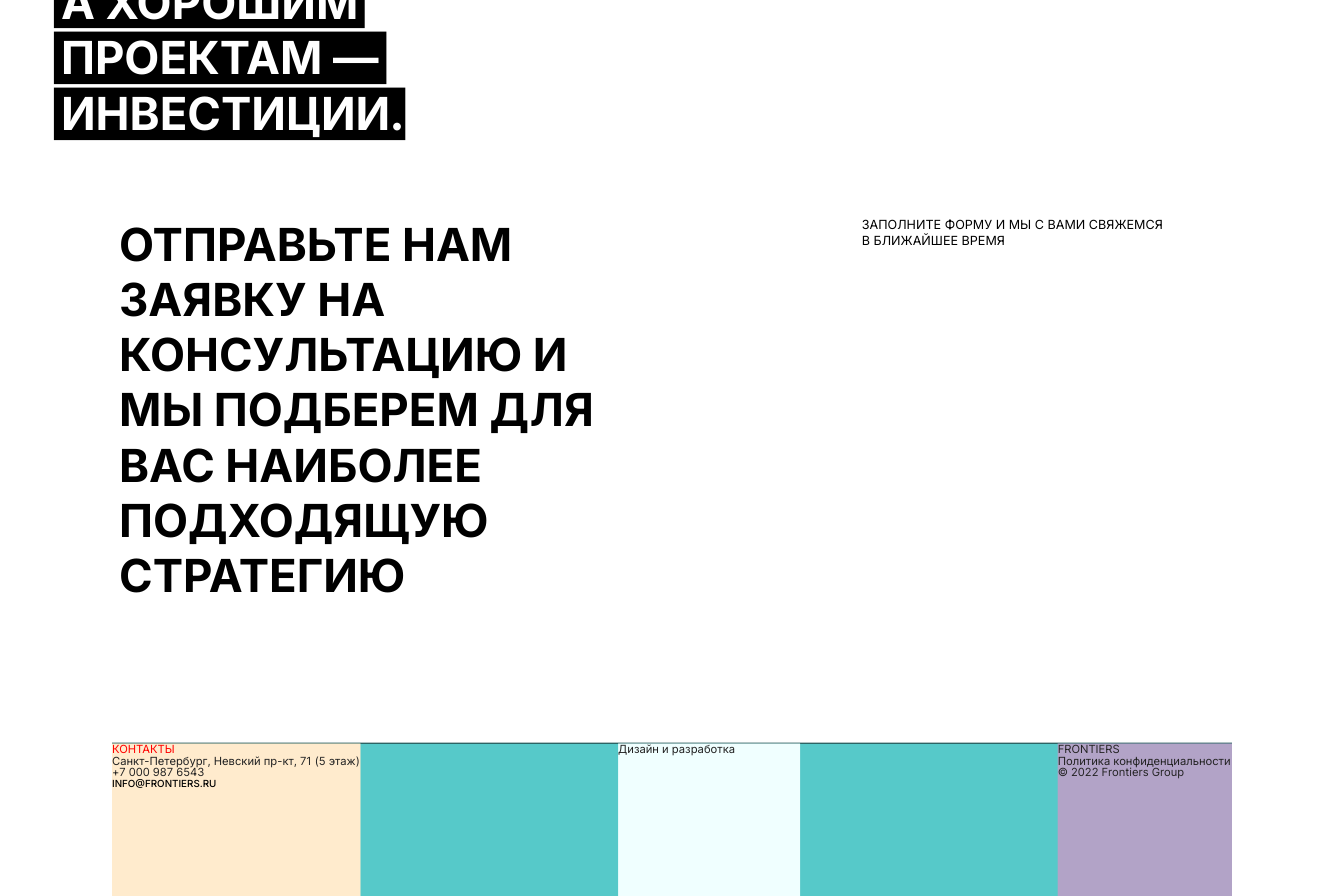
Repository: NadyaKorvin/frontiers
Page: /
The author's editor kept a copy of each file at every save. The page is drawn from the files as they stood at one save, then again after the next save.
The browser window is 1280 px wide. The page is 1920 px wide, so the pictures cover 1920 px, including what lies to the right of the window. The pictures show the part of the page from y = 1353 to 2633 px (the page is 2633 px tall), at 70% of full size.
The project was rebuilt for these pictures with package versions that can differ from the ones it lists, and the page was loaded fresh each time.

Above is the page before, as saved 2022-05-23 14:48:29.

### public/index.html
<!DOCTYPE html>
<html lang="en">
  <head>
    <meta charset="utf-8" />
    <link rel="icon" href="%PUBLIC_URL%/favicon.ico" />
    <meta name="viewport" content="width=device-width, initial-scale=1" />
    <meta name="theme-color" content="#000000" />
    <meta name="description" content="Web site created using create-react-app" />
    <link rel="apple-touch-icon" href="%PUBLIC_URL%/logo192.png" />
    <link rel="manifest" href="%PUBLIC_URL%/manifest.json" />
    <link rel="preconnect" href="https://fonts.googleapis.com" />
    <link rel="preconnect" href="https://fonts.gstatic.com" crossorigin />
    <link href="https://fonts.googleapis.com/css2?family=Inter:wght@300;400;500;700&display=swap" rel="stylesheet" />
    <title>FRONTIERS</title>
  </head>
  <body>
    <noscript>You need to enable JavaScript to run this app.</noscript>
    <div id="root"></div>
  </body>
</html>

### src/index.js
import React from "react"
import ReactDOM from "react-dom/client"

import App from "./App"

const root = ReactDOM.createRoot(document.getElementById("root"))
root.render(
  <React.StrictMode>
    <App />
  </React.StrictMode>
)

### src/App.js
import { useState } from "react";
import "./App.css";
import { SecondScreenAnimation } from "./components/secondScreen/SecondScreenAnimation";
import FirstScreenAnimation from "./components/firstScreen/FirstScreenAnimation";
import LastScreenAnimation from "./components/lastScreen/LastScreenAnimation"

function App() {
  const [mousePosition, setMousePosition] = useState("");

  const listenUpperMousePosition = (event) => {
    console.log(event);
    console.log(event.target);
    setMousePosition(event.target);
  };

  return (
    <>
      <FirstScreenAnimation />
      <div className="App">
        <SecondScreenAnimation listenMousePosition={listenUpperMousePosition} />
      </div>
      <LastScreenAnimation />
    </>
  );
}
export default App;

### src/App.css
@import url("./reset.css");
@import url("./components/secondScreen/SecondScreen.css");
@import url("./font/font.css");

body {
  font-family: "Inter";
}

### src/components/secondScreen/SecondScreenAnimation.js
export function SecondScreenAnimation({ listenMousePosition, mousePosition }) {
  let goUp = ""
  const goUpBlackLines = (mousePosition) => {
    if (mousePosition === "animation__text_first_part") {
      goUp = "up"
      return goUp
    }
  }
  goUpBlackLines(mousePosition)
  console.log(goUp)
  return (
    <div className="animation__text_block">
      {goUp != "up" ? (
        <div>
          <div className="animation__text" onMouseOver={listenMousePosition}>
            <p className="animation__text_first_part">Инвесторам сложно найти хорошие проекты,</p>
            <p className="animation__text_second_part">а хорошим проектам — инвестиции.</p>
          </div>
          <div className="animation__black_lines">
            <div className="animation__1th_black_line"></div>
            <div className="animation__2th_black_line"></div>
            <div className="animation__3th_black_line"></div>
          </div>
        </div>
      ) : (
        <div>
          <div className="animation__text" onMouseOver={listenMousePosition}>
            <p className="animation__text_first_part" style={{ color: "#fff" }}>
              Инвесторам сложно найти хорошие проекты,
            </p>
            <p className="animation__text_second_part" style={{ color: "#000" }}>
              а хорошим проектам — инвестиции.
            </p>
          </div>
          <div className="animation__black_lines">
            <div className="animation__1th_black_line" style={{ width: "484px", marginTop: "-475px" }}></div>
            <div className="animation__2th_black_line" style={{ width: "586px" }}></div>
            <div className="animation__3th_black_line" style={{ width: "722px" }}></div>
          </div>
        </div>
      )}
    </div>
  )
}

### src/components/firstScreen/FirstScreenAnimation.js
import React from "react";
import style from "./FirstScreen.module.css";
import image from "../../images/image.webp"

export default function FirstScreenAnimation() {
  const pointer = (
    <svg
      width="8"
      height="101"
      viewBox="0 0 8 101"
      fill="none"
      xmlns="http://www.w3.org/2000/svg"
    >
      <path
        d="M4.35355 100.356C4.15829 100.551 3.84171 100.551 3.64645 100.356L0.464466 97.1735C0.269204 96.9783 0.269204 96.6617 0.464466 96.4664C0.659728 96.2712 0.976311 96.2712 1.17157 96.4664L4 99.2948L6.82843 96.4664C7.02369 96.2712 7.34027 96.2712 7.53553 96.4664C7.7308 96.6617 7.7308 96.9783 7.53553 97.1735L4.35355 100.356ZM3.5 100.002L3.5 0.00195312H4.5L4.5 100.002H3.5Z"
        fill="black"
      />
    </svg>
  );

  return (
    <>
      <section className={style.first__screen}>
        <div className={style.header}>
          <div className={style.logotype}>FRONTIERS</div>
          <nav className={style.nav__sidebar}>
            <ul>Агенство</ul>
            <ul>Кейсы</ul>
            <ul>Услуги</ul>
            <ul>Контакты</ul>
          </nav>
          <div className={style.button}>
            <p className={style.text__btn}>Получить консультацию</p>
          </div>
        </div>
        <div className={style.content}>
          <p>ИНВЕСТИЦИИ</p>
          <p>НЕ</p>
          <p>СЛОЖНО</p>
          <p>
            Мы помогли заработать более 50 млн рублей частным инвесторам в 2021
            году на вложениях в российский бизнес
          </p>
          <p>ПРОКРУТИ ВНИЗ</p>
          <div className={style.content__pointer}>{pointer}</div>
          <img src={image} alt="" />
        </div>
      </section>
    </>
  );
}

### src/components/lastScreen/LastScreenAnimation.js
import React from "react";
import style from "./LastScreen.module.css";

export default function LastScreenAnimation() {
  return (
    <>
      <section className={style.last__screen}>
        <div className={style.wrapper}>
          <div className={style.left__content}>
            <p>
              ОТПРАВЬТЕ НАМ ЗАЯВКУ НА КОНСУЛЬТАЦИЮ И МЫ ПОДБЕРЕМ ДЛЯ ВАС
              НАИБОЛЕЕ ПОДХОДЯЩУЮ СТРАТЕГИЮ
            </p>
          </div>
          <div className={style.right__content}>
            <div className={style.text__form}>
              <p>ЗАПОЛНИТЕ ФОРМУ И МЫ С ВАМИ СВЯЖЕМСЯ В БЛИЖАЙШЕЕ ВРЕМЯ</p>
            </div>
            <form></form>
          </div>
        </div>
        <div className={style.footer}>
          <div className={style.contact}>
            <p>КОНТАКТЫ</p>
            <p>Санкт-Петербург, Невский пр-кт, 71 (5 этаж)</p>
            <p>+7 000 987 6543</p>
            <p>info@frontiers.ru</p>
          </div>
          <div className={style.design}>
            <p>Дизайн и разработка</p>
            <svg></svg>
          </div>
          <div className={style.frontiers}>
            <p>FRONTIERS</p>
            <p>Политика конфиденциальности</p>
            <p>© 2022 Frontiers Group</p>
          </div>
        </div>
      </section>
    </>
  );
}

### src/reset.css
html,
body,
div,
span,
applet,
object,
iframe,
h1,
h2,
h3,
h4,
h5,
h6,
p,
blockquote,
pre,
a,
abbr,
acronym,
address,
big,
cite,
code,
del,
dfn,
em,
img,
ins,
kbd,
q,
s,
samp,
small,
strike,
strong,
sub,
sup,
tt,
var,
b,
u,
i,
center,
dl,
dt,
dd,
ol,
ul,
li,
fieldset,
form,
label,
legend,
table,
caption,
tbody,
tfoot,
thead,
tr,
th,
td,
article,
aside,
canvas,
details,
embed,
figure,
figcaption,
footer,
header,
hgroup,
menu,
nav,
output,
ruby,
section,
summary,
time,
mark,
audio,
video {
  margin: 0;
  padding: 0;
  border: 0;
  font-size: 100%;
  font: inherit;
  vertical-align: baseline;
}

:focus {
  outline: 0;
}

article,
aside,
details,
figcaption,
figure,
footer,
header,
hgroup,
menu,
nav,
section {
  display: block;
}

body {
  line-height: 1;
}

ol,
ul {
  list-style: none;
}

blockquote,
q {
  quotes: none;
}

blockquote:before,
blockquote:after,
q:before,
q:after {
  content: "";
  content: none;
}

table {
  border-collapse: collapse;
  border-spacing: 0;
}

input[type="search"]::-webkit-search-cancel-button,
input[type="search"]::-webkit-search-decoration,
input[type="search"]::-webkit-search-results-button,
input[type="search"]::-webkit-search-results-decoration {
  -webkit-appearance: none;
  -moz-appearance: none;
}

input[type="search"] {
  -webkit-appearance: none;
  -moz-appearance: none;
  -webkit-box-sizing: content-box;
  -moz-box-sizing: content-box;
  box-sizing: content-box;
}

textarea {
  overflow: auto;
  vertical-align: top;
  resize: vertical;
}

[hidden] {
  display: none;
}

html {
  font-size: 100%; /* 1 */
  -webkit-text-size-adjust: 100%; /* 2 */
  -ms-text-size-adjust: 100%; /* 2 */
}

a:focus {
  outline: thin dotted;
}

a:active,
a:hover {
  outline: 0;
}

img {
  border: 0;
  -ms-interpolation-mode: bicubic;
}

figure {
  margin: 0;
}

form {
  margin: 0;
}

fieldset {
  border: 1px solid #c0c0c0;
  margin: 0 2px;
  padding: 0.35em 0.625em 0.75em;
}

legend {
  border: 0; /* 1 */
  padding: 0;
  white-space: normal; /* 2 */
  *margin-left: -7px; /* 3 */
}

button,
input,
select,
textarea {
  font-size: 100%; /* 1 */
  margin: 0; /* 2 */
  vertical-align: baseline; /* 3 */
  *vertical-align: middle; /* 3 */
}

button,
input {
  line-height: normal;
}

button,
select {
  text-transform: none;
}

button,
html input[type="button"], /* 1 */
input[type="reset"],
input[type="submit"] {
  -webkit-appearance: button; /* 2 */
  cursor: pointer; /* 3 */
  *overflow: visible; /* 4 */
}

button[disabled],
html input[disabled] {
  cursor: default;
}

input[type="checkbox"],
input[type="radio"] {
  box-sizing: border-box; /* 1 */
  padding: 0; /* 2 */
  *height: 13px; /* 3 */
  *width: 13px; /* 3 */
}

input[type="search"] {
  -webkit-appearance: textfield; /* 1 */
  -moz-box-sizing: content-box;
  -webkit-box-sizing: content-box; /* 2 */
  box-sizing: content-box;
}

input[type="search"]::-webkit-search-cancel-button,
input[type="search"]::-webkit-search-decoration {
  -webkit-appearance: none;
}

button::-moz-focus-inner,
input::-moz-focus-inner {
  border: 0;
  padding: 0;
}

textarea {
  overflow: auto; /* 1 */
  vertical-align: top; /* 2 */
}

table {
  border-collapse: collapse;
  border-spacing: 0;
}

html,
button,
input,
select,
textarea {
  color: #222;
}

::-moz-selection {
  background: #b3d4fc;
  text-shadow: none;
}

::selection {
  background: #b3d4fc;
  text-shadow: none;
}

img {
  vertical-align: middle;
}

fieldset {
  border: 0;
  margin: 0;
  padding: 0;
}

textarea {
  resize: vertical;
}

.chromeframe {
  margin: 0.2em 0;
  background: #ccc;
  color: #000;
  padding: 0.2em 0;
}

### src/components/secondScreen/SecondScreen.css
.second__screen_main {
  display: flex;
  justify-content: space-between;
  margin: 0 auto;
  margin-top: 174px;
  /* придкмать решение сделать по центру*/
  display: flex;
  width: 1600px;
  height: 733px;
}

.animation__text_block {
  display: block;
  margin-left: 87px;
}

.animation__text_first_part,
.animation__text_second_part {
  width: 770px;
  text-transform: uppercase;
  font-size: 65px;
  font-weight: 700;
  line-height: 79px;
  transition: 0.6s ease-out;
}

.animation__text_second_part {
  color: #fff;
}

.animation__black_lines {
  margin-left: -10px;
  margin-top: -236px;
}

.animation__1th_black_line {
  margin-bottom: 5px;
  height: 75px;
  width: 444px;
  background-color: #000;
  transition: 0.6s ease-out;
}

.animation__2th_black_line {
  margin-bottom: 5px;
  height: 75px;
  width: 475px;
  background-color: #000;
  transition: 0.6s ease-out;
}
.animation__3th_black_line {
  height: 75px;
  width: 502px;
  background-color: #000;
  transition: 0.6s ease-out;
}

.right__part {
  display: flex;
  margin-left: 190px;
  flex-direction: column;
}

.conversation__image {
  margin-right: 222px;
  display: block;
  width: 400px;
  height: 400px;
  background: url("../secondScreen/people.png");
}

.decoration_marks {
  margin-top: -110px;
  transform: rotate(-180deg);
  font-size: 200px;
  font-weight: 300;
}

.text_paragraph {
  margin-left: 90px;
  width: 431px;
  font-size: 18px;
  font-weight: 400;
  line-height: 23px;
  text-transform: uppercase;
  line-height: 130%;
}

### src/font/font.css
@font-face {
  font-family: "Inter";
  src:
    url("./Inter-Bold.ttf") format("truetype")
    url("./Inter-Bold.woff2") format("woff2"),
    url("./Inter-Bold.woff") format("woff");
  font-weight: 700;
  font-style: normal;
  font-stretch: normal;
  unicode-range: U+0020-E0D0;
}

@font-face {
  font-family: "Inter";
  src:
    url("./Inter-Regular.woff2") format("woff2"),
    url("./Inter-Regular.ttf") format("truetype")
    url("./Inter-Regular.woff") format("woff");
  font-weight: 400;
  font-style: normal;
  font-stretch: normal;
  unicode-range: U+0020-E0D0;
}

@font-face {
    font-family:'Inter Medium';
    src:
        url("./Inter-Medium.ttf") format("truetype")
        url('Inter-Medium.woff2') format('woff2'),
		url('Inter-Medium.woff') format('woff');
    font-weight: 500;
    font-style: normal;
    font-stretch: normal;
    unicode-range: U+0020-E0D0;
}

@font-face {
    font-family:'Inter Light';
    src:
        url("./Inter-Light.ttf") format("truetype")
        url('Inter-Light.woff2') format('woff2'),
		url('Inter-Light.woff') format('woff');
    font-weight: 300;
    font-style: normal;
    font-stretch: normal;
    unicode-range: U+0020-E0D0;
}

### src/components/firstScreen/FirstScreen.module.css
.first__screen {
  width: 1920px;
  height: 1080px;
}

.header {
  width: 1600px;
  height: 82px;
  margin: 0 160px;
  border-bottom: 1px solid #000000;
  display: flex;
}

.logotype {
  width: 151px;
  height: 30px;
  padding-top: 27px;
  font-family: "Inter";
  font-style: normal;
  font-weight: 700;
  font-size: 25px;
  line-height: 30px;
  letter-spacing: 0.05em;
  color: #000000;
}

.nav__sidebar {
  display: flex;
  justify-content: space-between;
  width: 473px;
  padding-top: 33px;
  padding-left: 633px;
}

.button {
  position: absolute;
  width: 243px;
  height: 45px;
  left: 1517px;
  top: 19px;
  background: #000000;
}

.text__btn {
  padding-top: 12px;
  padding-bottom: 12px;
  font-family: "Inter";
  font-style: normal;
  font-weight: 500;
  font-size: 16px;
  line-height: 19px;
  text-align: center;
  color: #ffffff;
}

.content > p {
  position: absolute;
  font-family: "Inter";
  font-style: normal;
  font-weight: 400;
  font-size: 160px;
  line-height: 194px;
  text-transform: uppercase;
  color: #000000;
}

p:nth-child(1) {
  top: 83px;
  left: 160px;
}

p:nth-child(2) {
  top: 285px;
  left: 1449px;
}

p:nth-child(3) {
  top: 461px;
  left: 568px;
}

p:nth-child(4) {
  width: 265px;
  height: 90px;
  top: 118px;
  left: 1464px;
  box-sizing: content-box;
  font-family: "Inter";
  font-style: normal;
  font-weight: 500;
  font-size: 14px;
  line-height: 130%;
  text-transform: uppercase;
  color: #000000;
}

p:nth-child(5) {
  position: absolute;
  width: 130px;
  height: 17px;
  left: 104px;
  top: 865px;
  font-family: "Inter";
  font-style: normal;
  font-weight: 500;
  font-size: 14px;
  line-height: 17px;
  letter-spacing: 0.05em;
  color: #000000;
  transform: rotate(-90deg);
}

.content__pointer {
    position: absolute;
    top: 876px;
    left: 187px;
}

img {
  position: absolute;
  top: 714px;
  left: 568px;
  width: 1352px;
  height: 366px;
}

### src/components/lastScreen/LastScreen.module.css
.last__screen {
  width: 1920px;
  height: 1080px;
}

.wrapper {
  position: relative;
  top: 109px;
  left: 170px;
  display: flex;
  justify-content: space-between;
  width: 1590px;
  height: 553px;
}

.left__content {
  position: relative;
  width: 775px;
  height: 553px;
  box-sizing: border-box;
  font-family: "Inter";
  font-style: normal;
  font-weight: 700;
  font-size: 65px;
  line-height: 79px;
  text-transform: uppercase;
  color: #000000;
}

.right__content {
  position: relative;
  width: 529px;
  height: 553px;
}

.text__form {
  width: 529px;
  height: 46px;
  left: 1231px;
  top: 4438px;
  font-family: "Inter";
  font-style: normal;
  font-weight: 400;
  font-size: 18px;
  line-height: 130%;
  text-transform: uppercase;
  color: #000000;
}

.footer {
    position: relative;
    margin: 308px 160px 0;
    width: 1600px;
    height: 218px;
    border-top: 1px solid #000000;
    bottom: 0px;
    display: flex;
    justify-content: space-between;
    background-color: rgb(86, 201, 201);
}

.contact {
    width: 355px;
    height: 218px;
    background-color: blanchedalmond;
}

.contact > p:nth-child(1) {
    color: red;
}

.design {
    width: 260px;
    height: 218px;
    background-color: azure;
}

.frontiers {
    width: 249px;
    height: 218px;
    background-color: rgb(178, 163, 199);
}

After the next save:
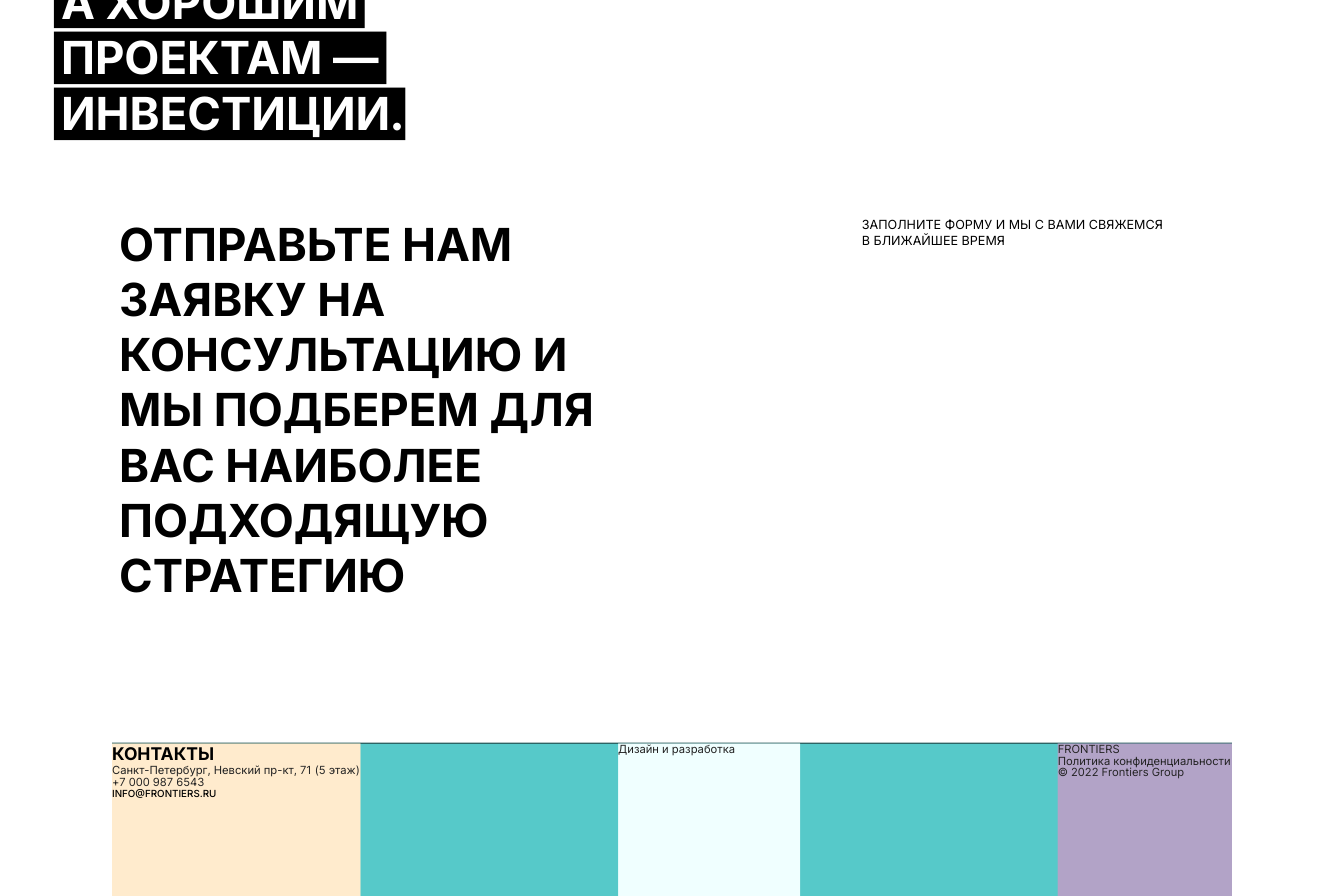
Saved 31 s later.
--- a/src/components/lastScreen/LastScreen.module.css
+++ b/src/components/lastScreen/LastScreen.module.css
@@ -48,35 +48,40 @@
 }
 
 .footer {
-    position: relative;
-    margin: 308px 160px 0;
-    width: 1600px;
-    height: 218px;
-    border-top: 1px solid #000000;
-    bottom: 0px;
-    display: flex;
-    justify-content: space-between;
-    background-color: rgb(86, 201, 201);
+  position: relative;
+  margin: 308px 160px 0;
+  width: 1600px;
+  height: 218px;
+  border-top: 1px solid #000000;
+  bottom: 0px;
+  display: flex;
+  justify-content: space-between;
+  background-color: rgb(86, 201, 201);
 }
 
 .contact {
-    width: 355px;
-    height: 218px;
-    background-color: blanchedalmond;
+  width: 355px;
+  height: 218px;
+  background-color: blanchedalmond;
 }
 
 .contact > p:nth-child(1) {
-    color: red;
+  font-family: "Inter";
+  font-style: normal;
+  font-weight: 700;
+  font-size: 25px;
+  line-height: 30px;
+  color: #000000;
 }
 
 .design {
-    width: 260px;
-    height: 218px;
-    background-color: azure;
+  width: 260px;
+  height: 218px;
+  background-color: azure;
 }
 
 .frontiers {
-    width: 249px;
-    height: 218px;
-    background-color: rgb(178, 163, 199);
+  width: 249px;
+  height: 218px;
+  background-color: rgb(178, 163, 199);
 }
